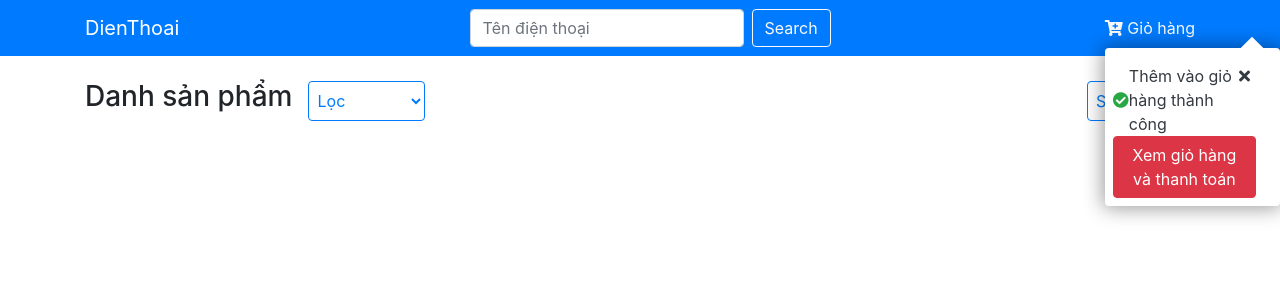
Repository: dovanthao2404/BC14_Bai_Tap_Ban_Dien_Thoai_dovanthao
Page: app/views/index.html
The author's editor kept a copy of each file at every save. The page is drawn from the files as they stood at one save, then again after the next save.
The browser window is 1280 px wide. The pictures show the whole page.
Some web libraries are served in a nearby version. The style sheet was rebuilt from its Sass, Less or Tailwind sources for each picture, by a compiler version that may differ from the author's.

Above is the page before, as saved 2021-08-14 16:46:18.
Console error (its wording comes from the project's code and is left out).

After the next save:
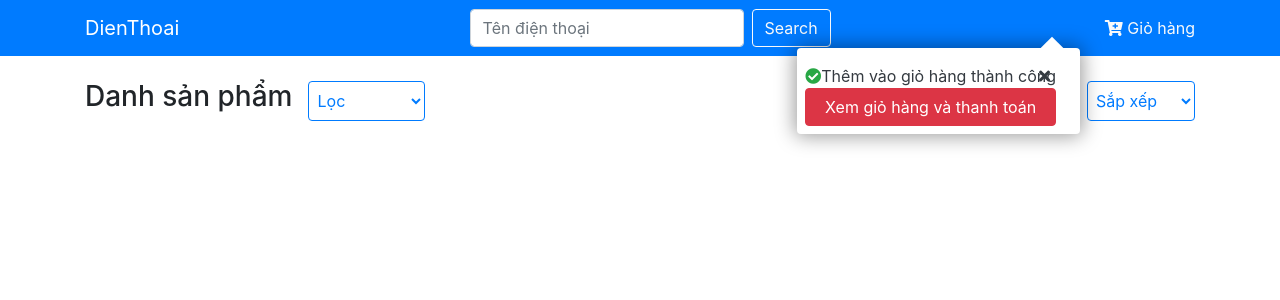
Saved 19 s later.
--- a/assets/scss/main.scss
+++ b/assets/scss/main.scss
@@ -23,6 +23,7 @@
 .notifiSuccess {
   position: absolute;
   top: 48px;
+  right: 200px;
   box-shadow: 0 0 20px 2px rgba(0, 0, 0, 0.4);
   &:before {
     content: "";
